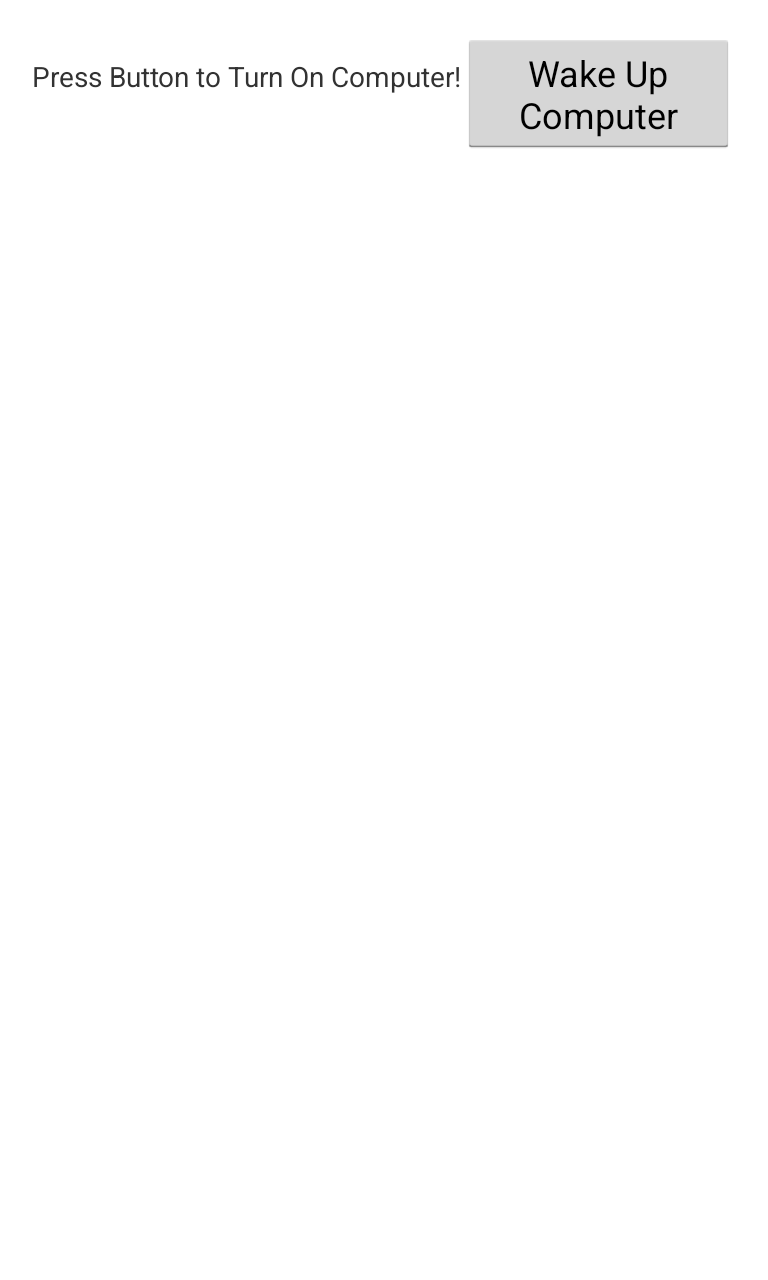
Repository: stanleyhung/android
Layout: Home/res/layout/activity_main.xml
The author's editor kept a copy of each file at every save. The layout is drawn from the files as they stood at one save, then again after the next save.
It is drawn on a 768 x 1280 px phone screen (xhdpi) without system bars, with theme AppTheme; the app's code is not run.

Above is the layout before, as saved 2014-03-03 09:21:04.

After the next save:
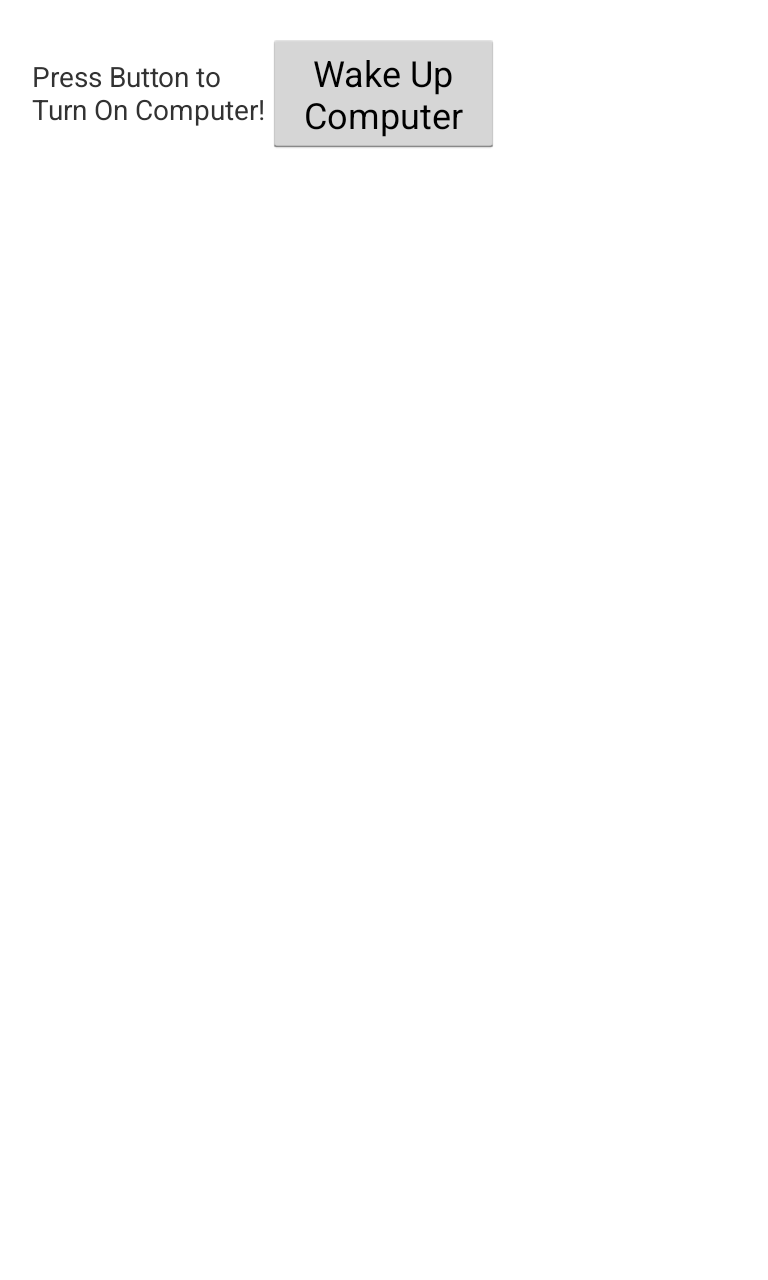
Saved 119 s later.
--- a/Home/res/layout/activity_main.xml
+++ b/Home/res/layout/activity_main.xml
@@ -9,19 +9,22 @@
     tools:context=".MainActivity" >
 
     <TextView
-        android:layout_width="wrap_content"
+        android:layout_weight="1"
+        android:layout_width="0dp"
         android:layout_height="wrap_content"
         android:text="@string/instruction" />
 
     <Button
-        android:layout_width="wrap_content"
+        android:layout_weight="1"
+        android:layout_width="0dp"
         android:layout_height="wrap_content"
         android:text="@string/button_wake"
         android:onClick="handleClick"/>
 
     <TextView
         android:id="@+id/myText"
-        android:layout_width="wrap_content"
+        android:layout_weight="1"
+        android:layout_width="0dp"
         android:layout_height="wrap_content"
         android:text="@string/myText" />
 
